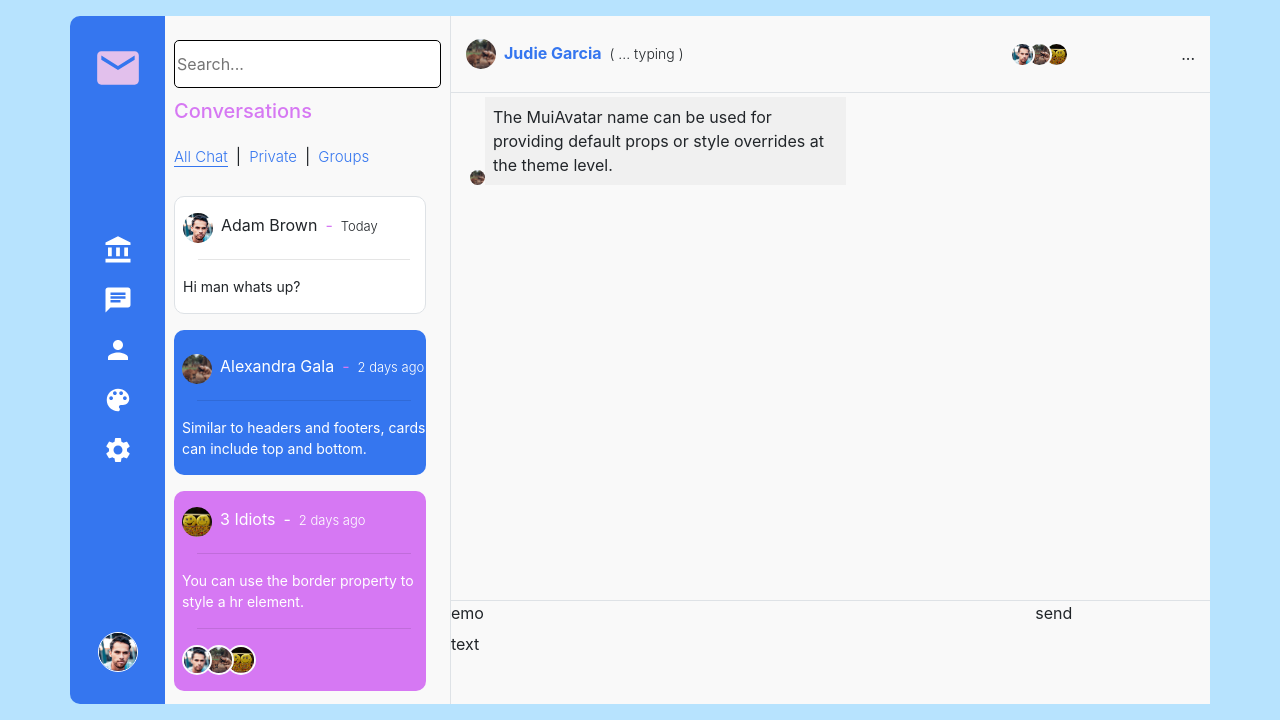
Repository: arafat877/super-chat
Page: /
These files come from the project's save history. The page is drawn as it stood at one moment and after the next save; the edit follows.
The browser window is 1280 px wide. The pictures show the whole page.
The project was rebuilt for these pictures with package versions that can differ from the ones it lists, and the page was loaded fresh each time.

Above is the page before, as saved 2020-08-07 02:00:40.

After the next save:
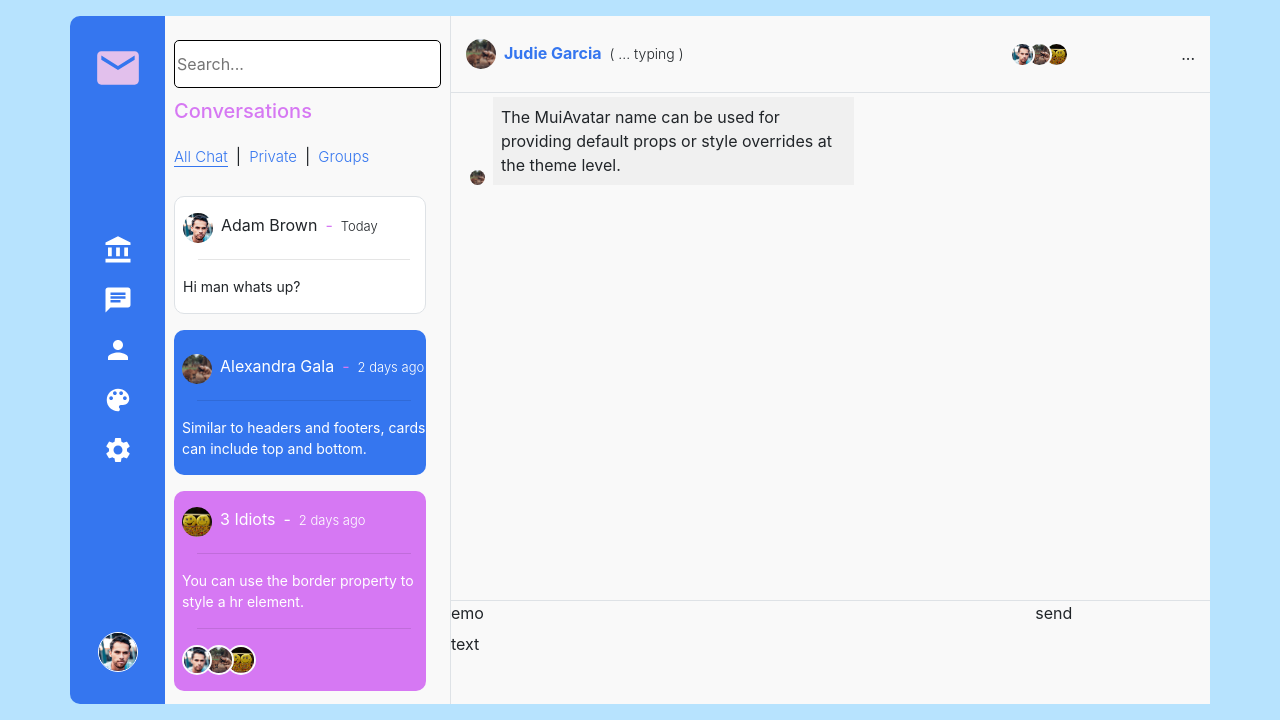
Saved 13 s later.
--- a/src/App.js
+++ b/src/App.js
@@ -195,7 +195,7 @@ function App() {
               <div className="container">
                 <div className="row messageRow m-1">
                   <img
-                    className="messageUserProfilePicture mt-auto"
+                    className="messageUserProfilePicture mt-auto mr-2"
                     src={require("./assets/f1.jpeg")}
                     alt="User Profile"
                   />
